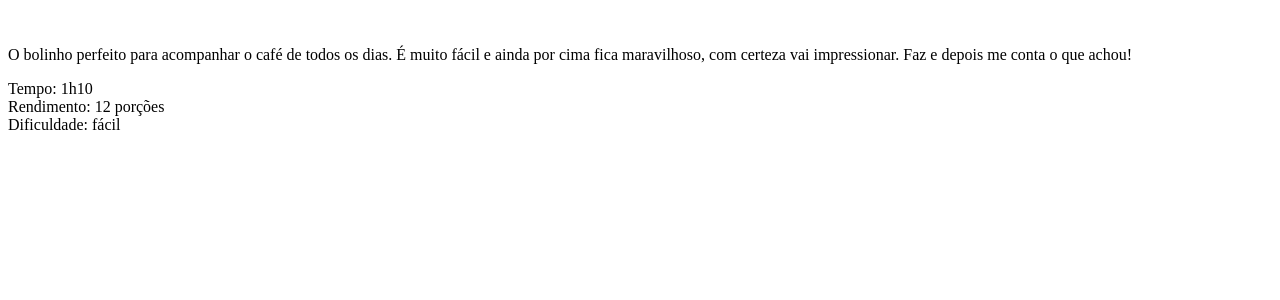
Repository: mati3110/full-stack
Page: Projeto_Receitas/index.html
An editor plug-in stored every save of this project. The page is shown before and after the next save, followed by the edit.
The browser window is 1280 px wide. The pictures show the whole page.

Above is the page before, as saved 2025-02-27 13:51:40.

After the next save:
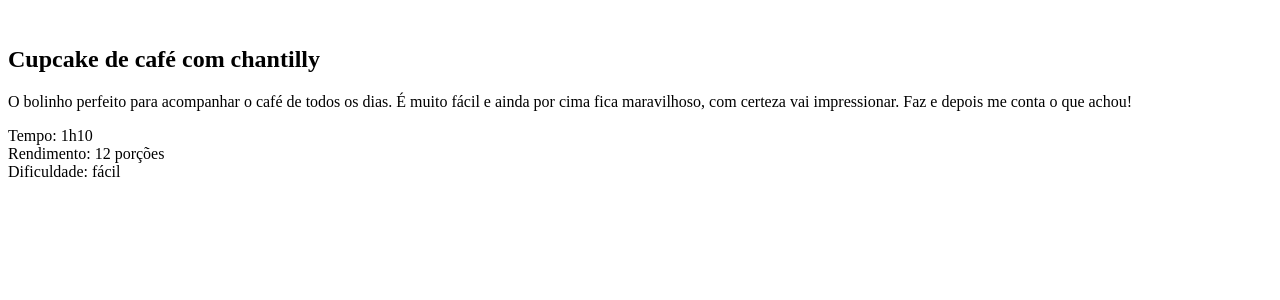
Saved 6 min 29 s later.
--- a/Projeto_Receitas/index.html
+++ b/Projeto_Receitas/index.html
@@ -11,7 +11,7 @@
             <img src="" alt="">
             <main>
                 <section id="about">
-                    <h1></h1>
+                    <h1>Cupcake de café com chantilly</h1>
                     <p>
                         O bolinho perfeito para acompanhar o café de todos os dias. É muito fácil e ainda por cima fica maravilhoso, com certeza vai impressionar. Faz e depois me conta o que achou!
                     </p>
